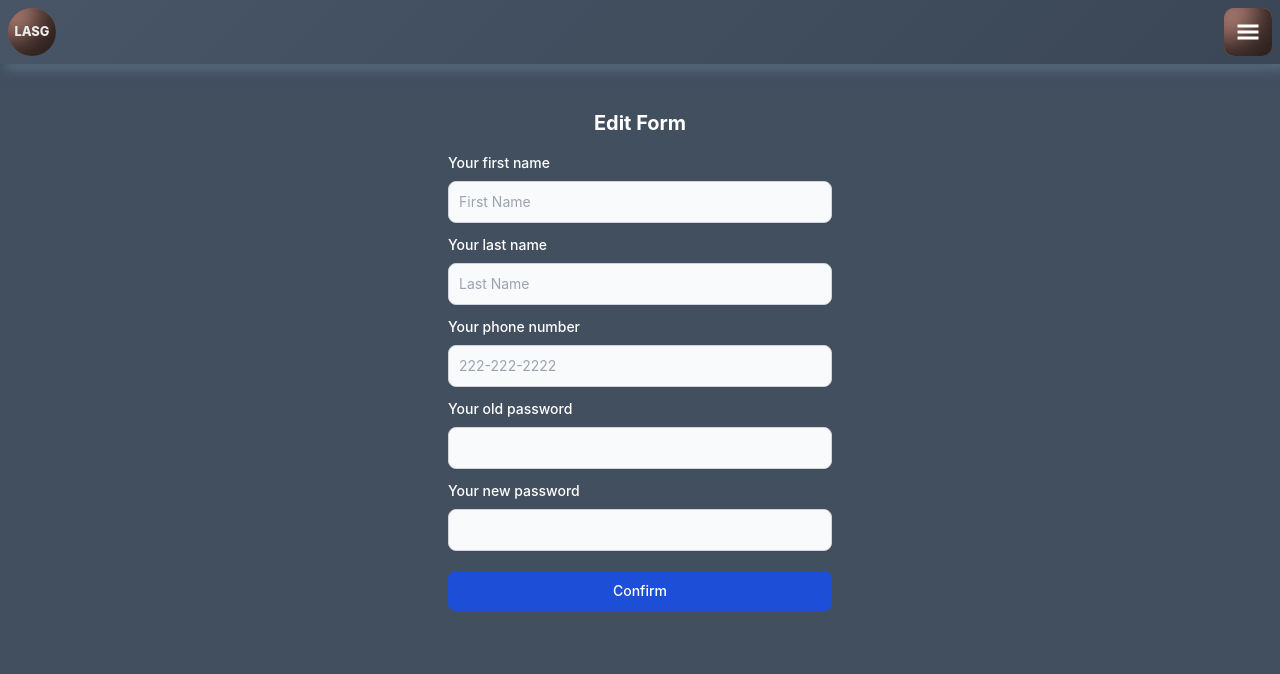
Repository: ShindanoSingi/LA-Swahili-Group
Page: /edit (app in client/)
These files come from the project's save history. The page is drawn as it stood at one moment and after the next save; the edit follows.
The browser window is 1280 px wide. The pictures show the whole page.
The project was rebuilt for these pictures with package versions that can differ from the ones it lists, and the page was loaded fresh each time. Also part of the build but not shown: client/src/pages/error/Error.css, client/src/pages/error/Error.js, client/src/pages/home/Home.js, client/src/pages/about/About.js, client/src/pages/contact/Contact.js, client/src/pages/login/Login.js, client/src/pages/userDashBoard/UserDashBoard.js, client/src/pages/superUsersDashBoard/SuperUsersDashBoard.js and 1 more.

Above is the page before, as saved 2024-02-12 00:10:32.

After the next save:
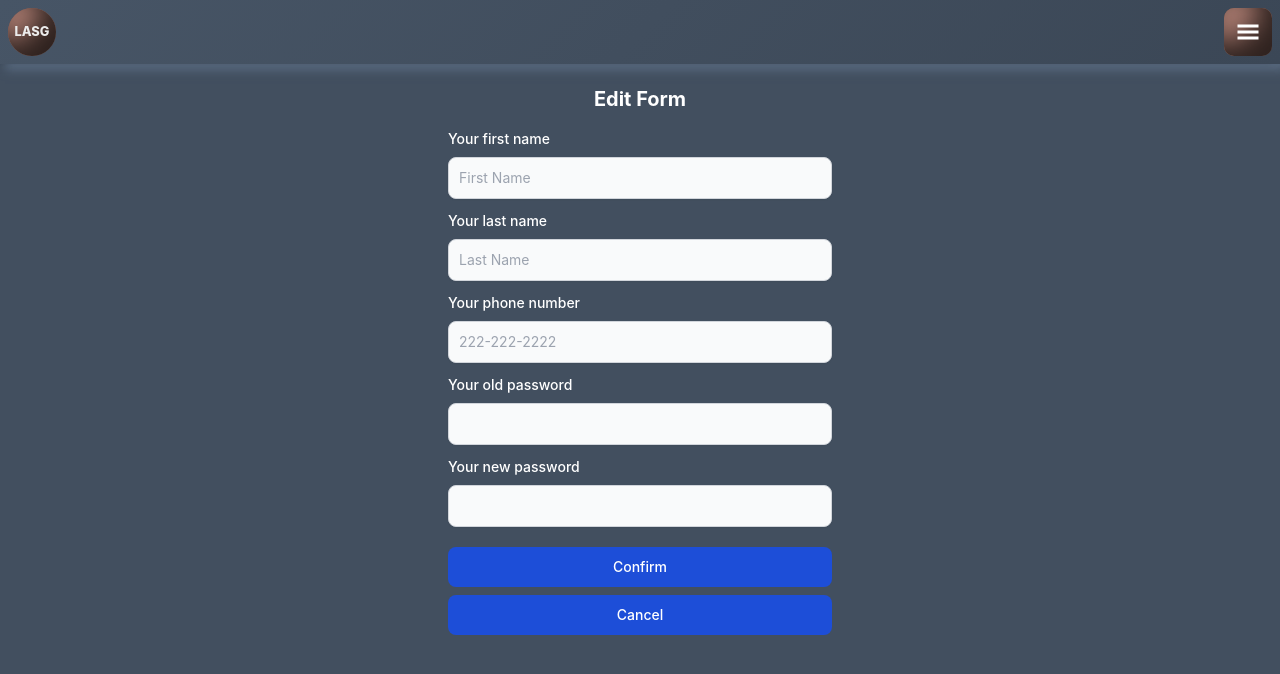
Saved 5 min 10 s later.
--- a/client/src/pages/editUser/EditUser.js
+++ b/client/src/pages/editUser/EditUser.js
@@ -90,6 +90,12 @@ function EditUser() {
                                     >
                                           Confirm
                                     </button>
+                                    <button
+                                          type="submit"
+                                          className="text-white mt-2 w-full bg-blue-700 hover:bg-blue-800 focus:ring-4 focus:outline-none focus:ring-blue-300 font-medium rounded-lg text-sm px-5 py-2.5 text-center dark:bg-blue-600 dark:hover:bg-blue-700 dark:focus:ring-blue-800"
+                                    >
+                                          Cancel
+                                    </button>
                               </div>
                         </form>
                   </div>
